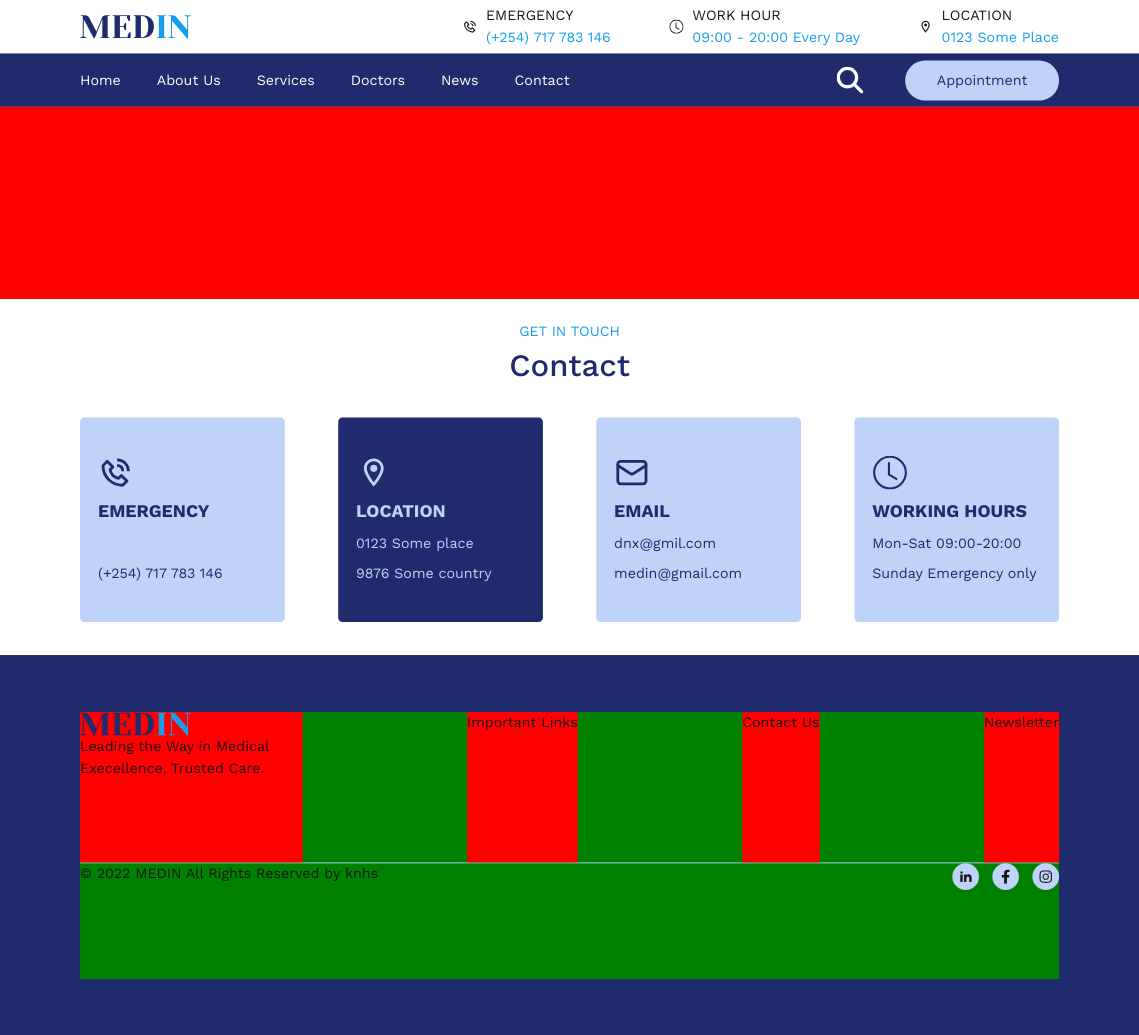
Repository: SynHK3/Poc_Hospital
Page: /appointment (app in fe_hospital/)
These files come from the project's save history. The page is drawn as it stood at one moment and after a run of saves; the edit follows.
The browser window is 1280 px wide. The pictures show the whole page, at 89% of full size.
The project was rebuilt for these pictures with package versions that can differ from the ones it lists, and the page was loaded fresh each time. The framework's server and built-in components were replaced by stand-ins that run in the browser. Also part of the build but not shown: fe_hospital/next.config.ts.

Above is the page before, as saved 2025-09-02 16:44:30.

After the next 2 saves:
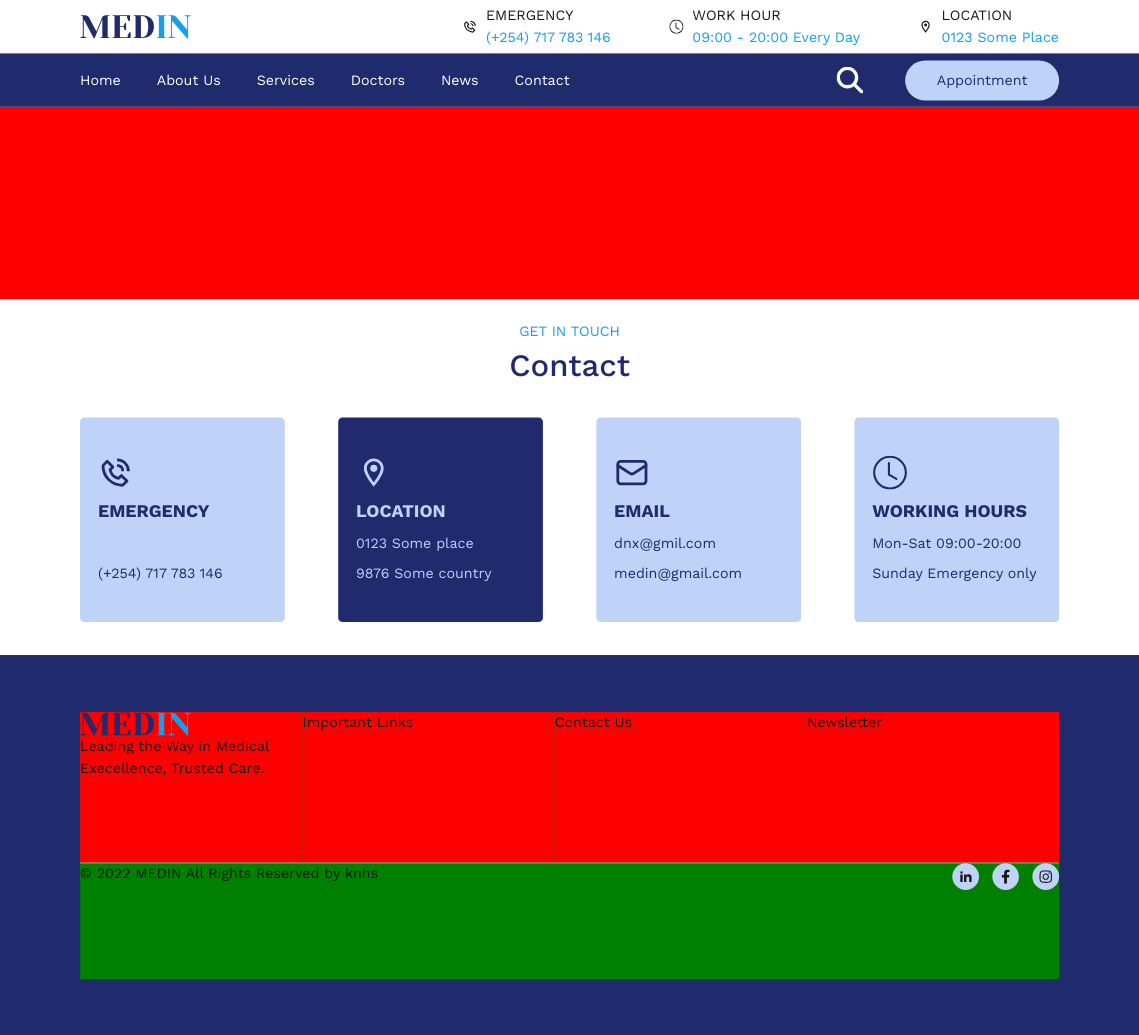
The 2 saves are shown as one change because they came seconds apart.
The last was saved 13 s later.
--- a/fe_hospital/src/components/footer/footer.css
+++ b/fe_hospital/src/components/footer/footer.css
@@ -24,7 +24,7 @@
   background-color: red;
 }
 
-..list__footer--item > li:nth-child(4),
+.list__footer--item > li:last-child,
 .list__footer--item > li:nth-child(3),
 .list__footer--item > li:nth-child(2) {
   width: 350px;
